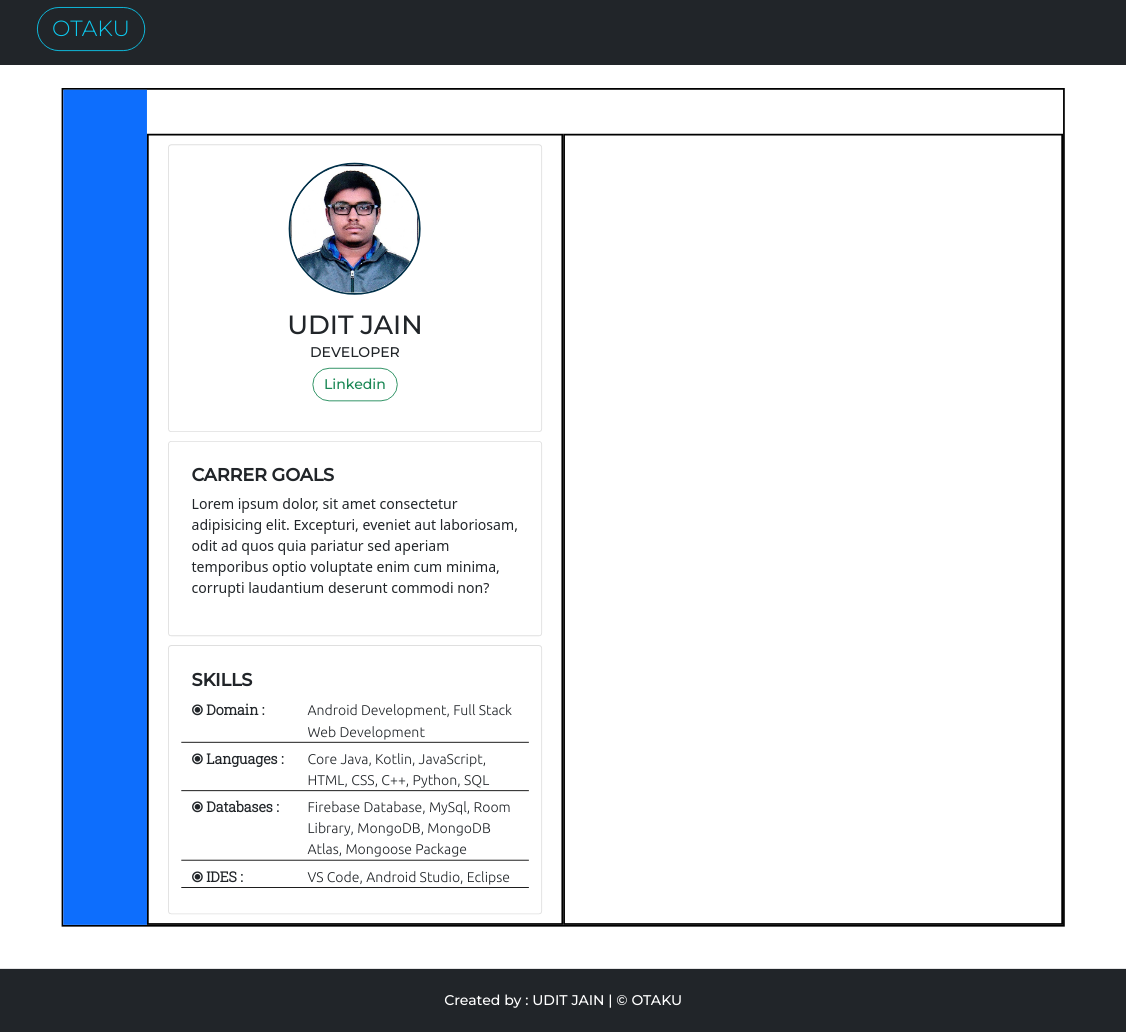
Repository: uditjain100/Responsive-Resume
Page: layouts/index.html
These files come from the project's save history. The page is drawn as it stood at one moment and after the next save; the edit follows.
The browser window is 1280 px wide. The pictures show the whole page, at 88% of full size.
Some web libraries are served in a nearby version.

Above is the page before, as saved 2021-03-01 14:39:03.

After the next save:
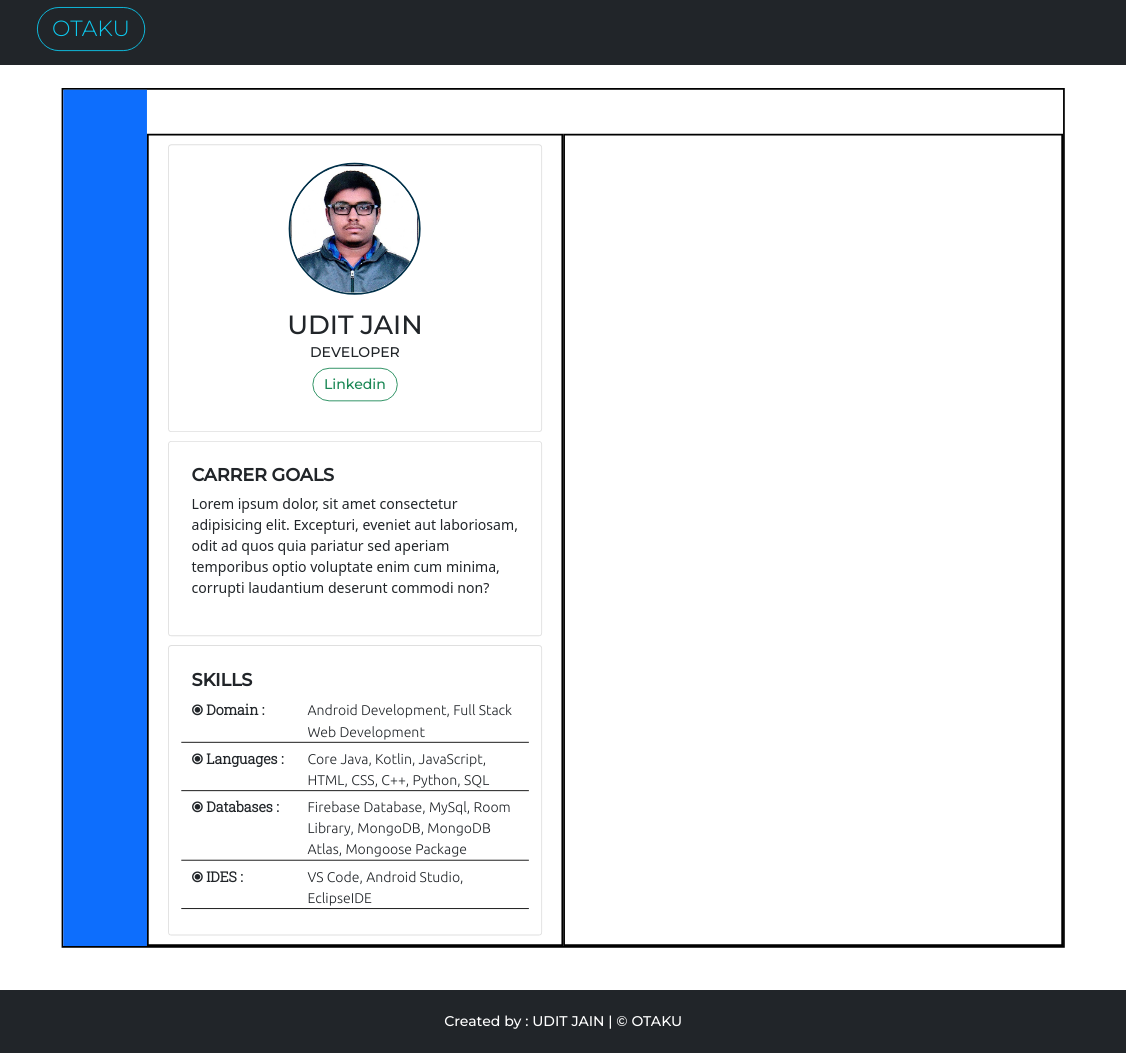
Saved 13 s later.
--- a/layouts/index.html
+++ b/layouts/index.html
@@ -116,7 +116,7 @@
                 <li id="skillsitem" class="row">
                   <span class="col-4" id="que">⦿ IDES : </span>
                   <span class="col-8" id="ans"
-                    >VS Code, Android Studio, Eclipse</span
+                    >VS Code, Android Studio, EclipseIDE</span
                   >
                 </li>
               </ul>
